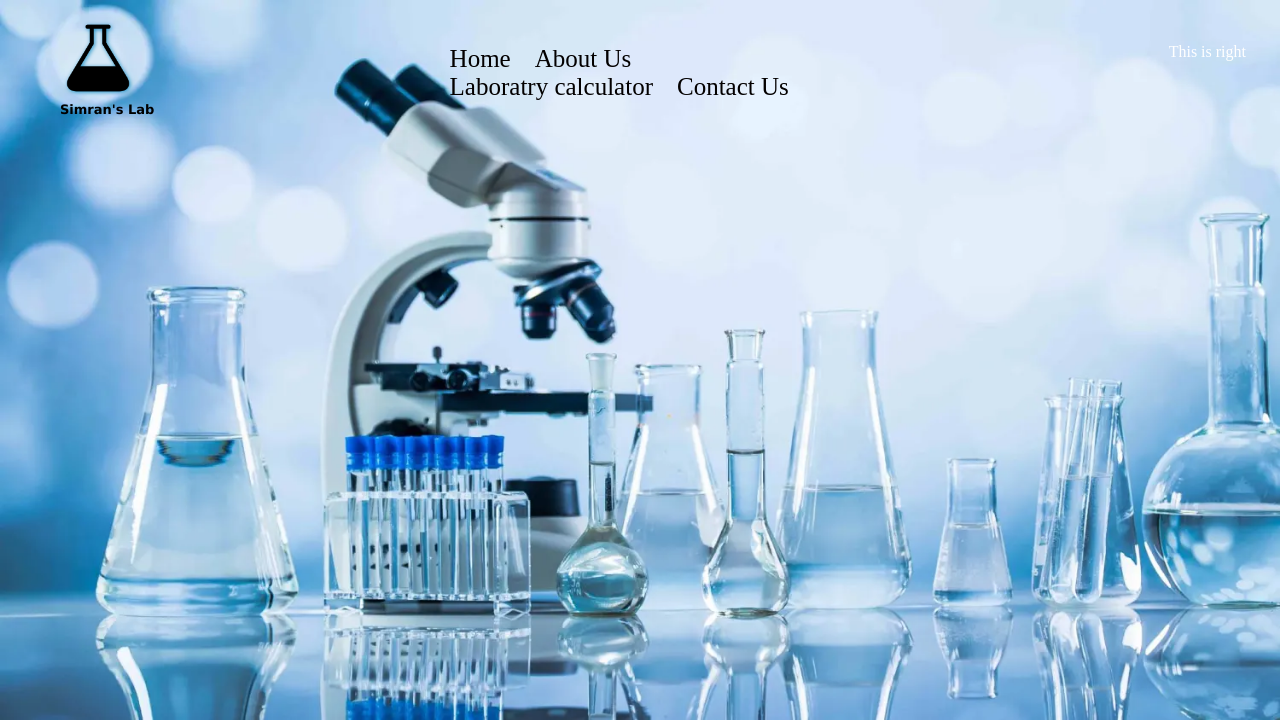
Repository: raisingh22/Simranlearning
Page: html css java/website/index.html
An editor plug-in stored every save of this project. The page is shown before and after the next save, followed by the edit.
The browser window is 1280 px wide. The pictures show the whole page.

Above is the page before, as saved 2024-01-01 18:48:01.

### html css java/website/index.html
<!DOCTYPE html>
<html lang="en">
<head>
    <meta charset="UTF-8">
    <meta name="viewport" content="width=device-width, initial-scale=1.0">
    <title>Simran's Lab</title>
</head>
<link rel="stylesheet" href="css/style.css">
<style>
    body {
        /* font-family: Impact, Haettenschweiler, 'Arial Narrow Bold', sans-serif; */
        color : white;
        padding: 0px;
        margin: 0px;
        background: url('img/bg2.webp');
        background-size:     cover;
        background-repeat:   no-repeat;
        }
    .left {
        display: inline-block;
        position: absolute;
        left: 60px;
        top: 20px;
        /* background-color: rgba(250, 235, 215, 0.943); */
        /* border: 2px solid #dad5d573; */
    }
    .left img{
        width: 76px;
        height: px;
        /* box-shadow: 10px 10px 20px rgb(167, 39, 39); */
        filter: drop-shadow(1px 1px 2px rgb(29, 144, 197));
        /* filter: invert(100%); */
    }
    .left div {
        font-family: 'Lucida Sans', 'Lucida Sans Regular', 'Lucida Grande', 'Lucida Sans Unicode', Geneva, Verdana, sans-serif;
        line-height: 19px;
        font-size: 13px;
        font-weight: bolder;
        color: black;
        text-align: center;
    }
    .mid{
        display: block;
        width: 36%;
        margin: 29px auto;
        /* border: 2px solid #427e56; */
        /* background-color: #b7b1b164; */
    }
    .right {
        position: absolute;
        right: 34px;
        top: 43px;
        display: inline-block;
        /* border: 2px solid #f058ed; */

    }
    .navbar{
        display: inline-block;
        /* padding: 0px 25px; */
    }
    .navbar li{
        display: inline-block;
        font-size: 25px;
        margin-right: 20px;
        /* border: 1px solid rgb(214, 161, 161); */
    }
    .navbar li a{
        color: rgb(3, 0, 0);
        text-decoration: none;
        /* padding: 5px 10px; */
        /* margin: ; */
        /* background-color: rgba(0, 0, 0, 0.607); */
    }
    .navbar li a:hover, .navbar li a.active{
        text-decoration: underline;
        color: grey;
    }

</style>
<body>
    <header class="header">
        <div class="left">
            <img src="img/logo2.png" alt="">
            <div>Simran's Lab</div>
        </div>
        <div class="mid">
            <ul class="navbar">
                <li><a href="#">Home</a></li>
                <li><a href="#">About Us</a></li>
                <li><a href="#">Laboratry calculator</a></li>
                <li><a href="#">Contact Us</a></li>
            </ul>

        </div>
        <div class="right">
            This is right

        </div>
    </header>

</body>
</html>

Loaded but not shown: html css java/website/css/style.css (no stored copy; drawn as an empty file)

After the next save:
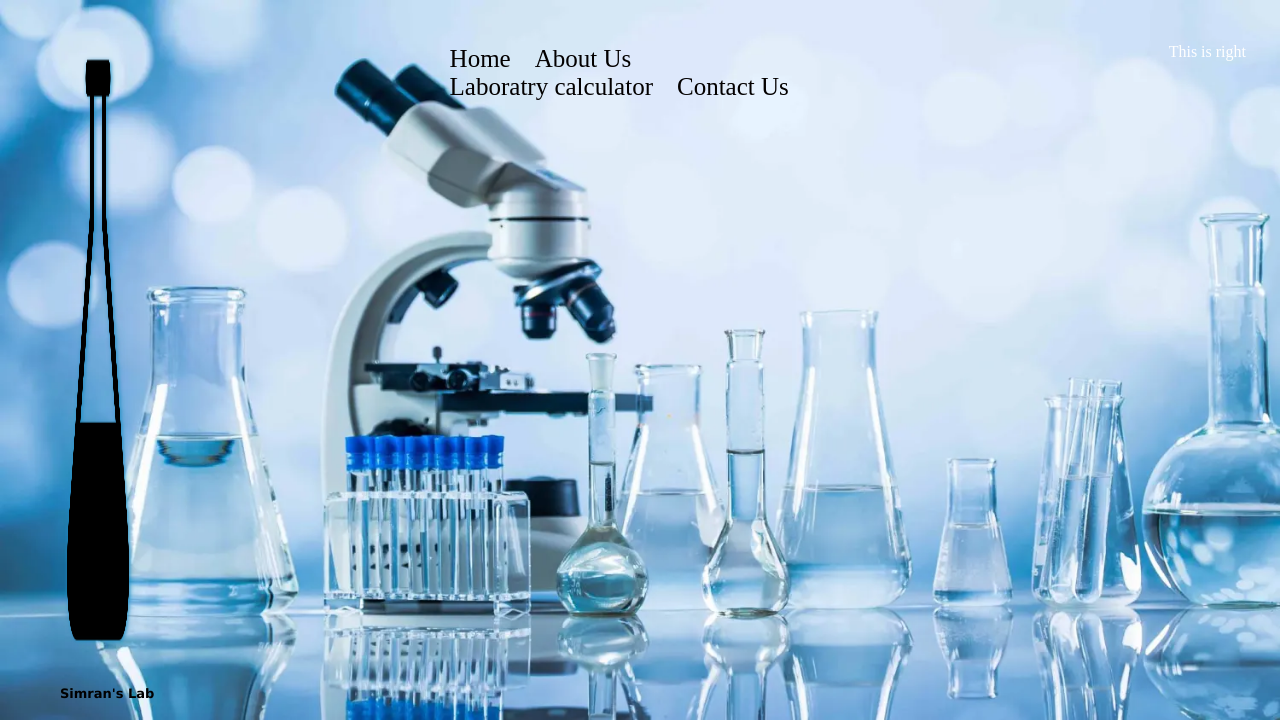
Saved 4 s later.
--- a/html css java/website/index.html
+++ b/html css java/website/index.html
@@ -26,7 +26,7 @@
     }
     .left img{
         width: 76px;
-        height: px;
+        height: 660px;
         /* box-shadow: 10px 10px 20px rgb(167, 39, 39); */
         filter: drop-shadow(1px 1px 2px rgb(29, 144, 197));
         /* filter: invert(100%); */
